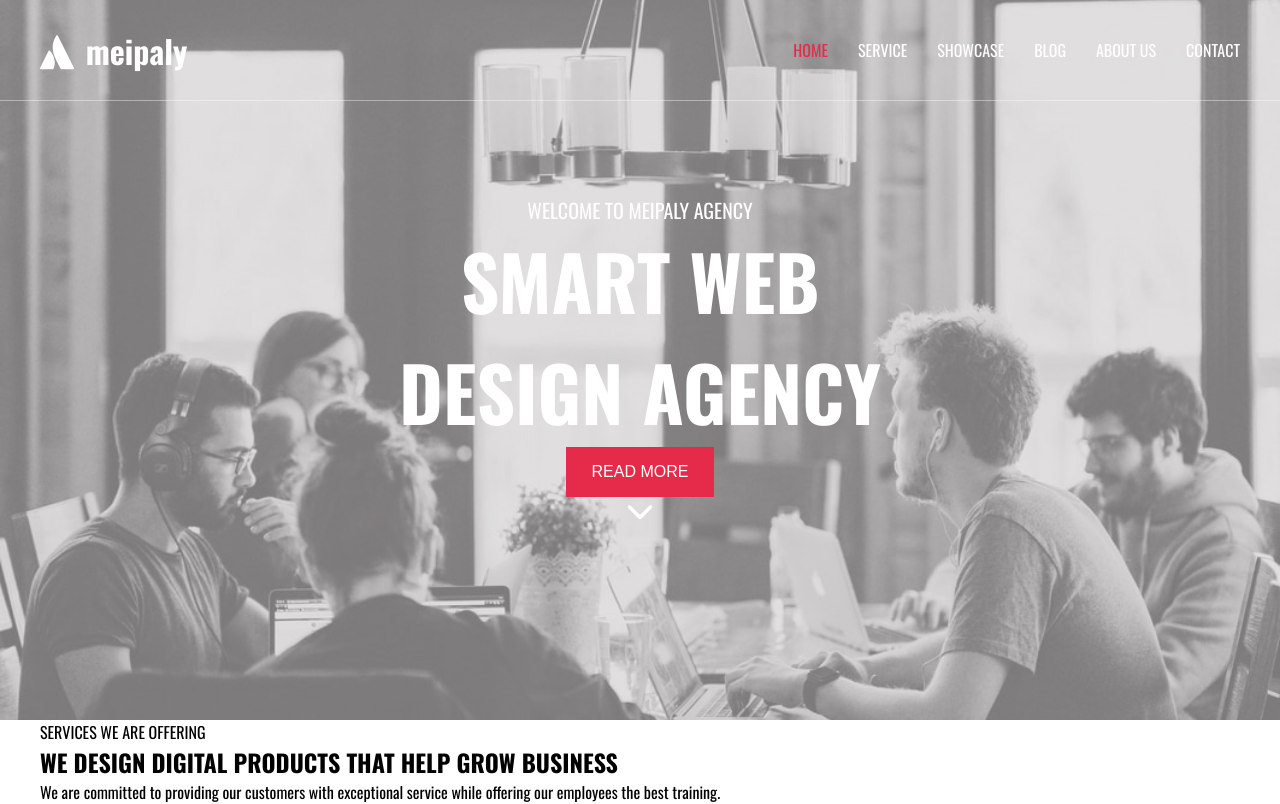
Repository: trminhphuc1504/meipaly
Page: meipaly.html
An editor plug-in stored every save of this project. The page is shown before and after the next save, followed by the edit.
The browser window is 1280 px wide. The pictures show the whole page.
Some web libraries are served in a nearby version.

Above is the page before, as saved 2024-08-18 23:46:52.

After the next save:
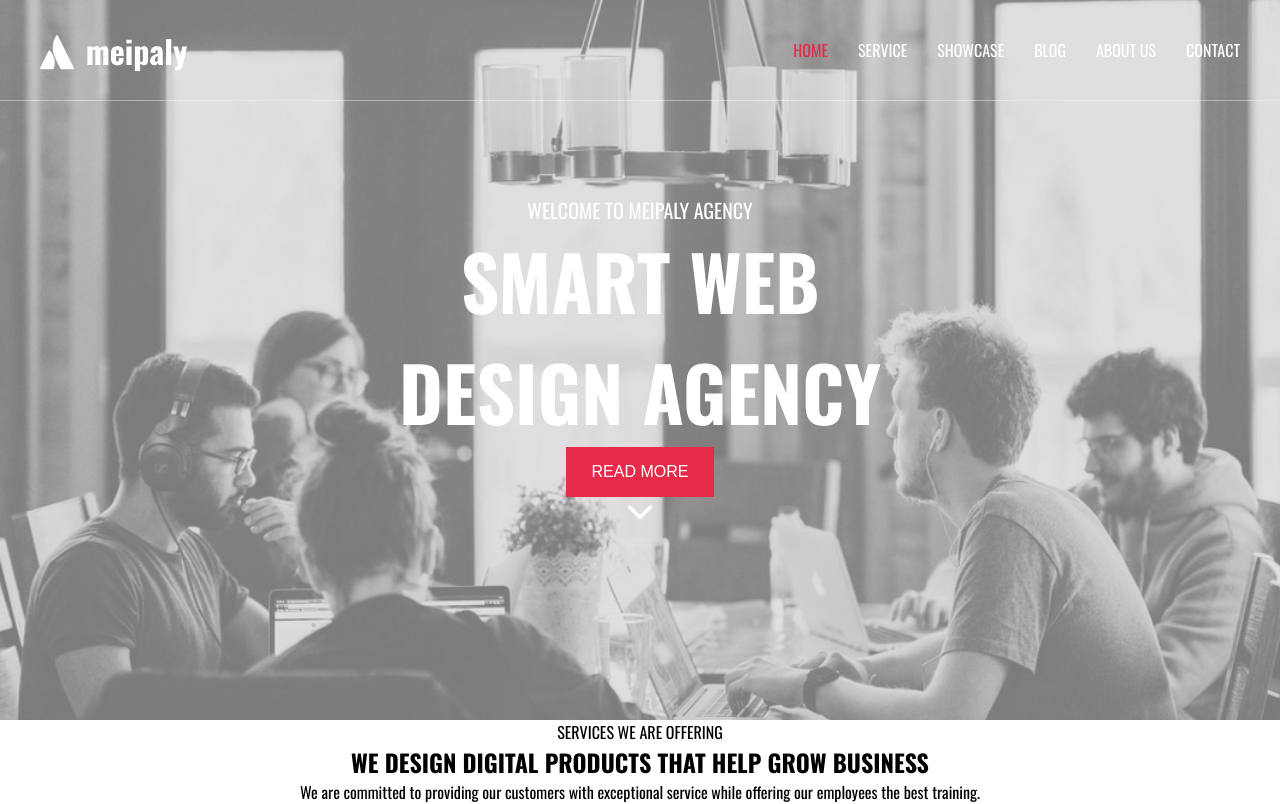
Saved 20 s later.
--- a/css/meipaly.css
+++ b/css/meipaly.css
@@ -222,6 +222,6 @@
 
 /* Carousel */
 
-#carousel{
-
-}
+#carousel .carousel-content {
+    text-align: center;
+}
